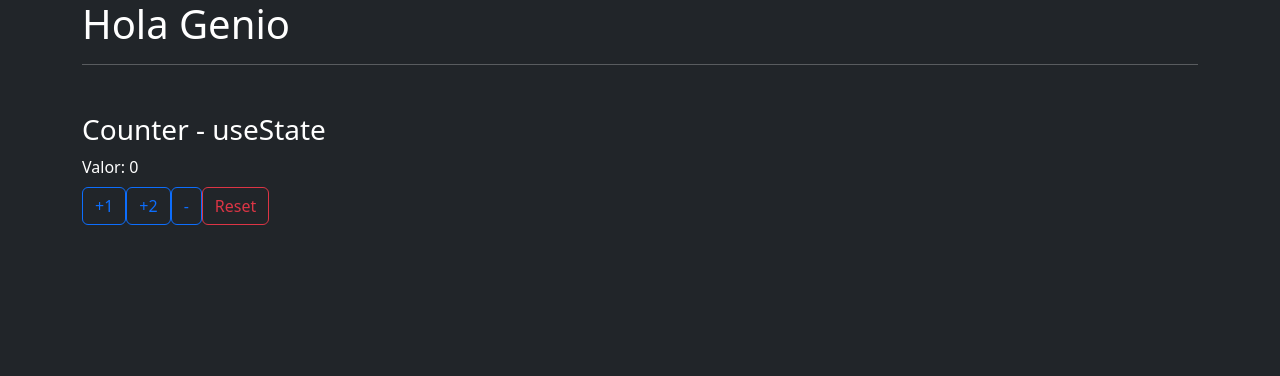
Repository: ChristianGecchelin/Typescript-Course1
Page: /
An editor plug-in stored every save of this project. The page is shown before and after the next save, followed by the edit.
The browser window is 1280 px wide. The pictures show the whole page.
The project was rebuilt for these pictures with package versions that can differ from the ones it lists, and the page was loaded fresh each time.

Above is the page before, as saved 2022-08-16 13:21:34.

### public/index.html
<!DOCTYPE html>
<html lang="en">
  <head>
    <meta charset="utf-8" />
    <link rel="icon" href="%PUBLIC_URL%/favicon.ico" />
    <meta name="viewport" content="width=device-width, initial-scale=1" />
    <meta name="theme-color" content="#000000" />
    <meta
      name="description"
      content="Web site created using create-react-app"
    />
    <link rel="apple-touch-icon" href="%PUBLIC_URL%/logo192.png" />
    <!--
      manifest.json provides metadata used when your web app is installed on a
      user's mobile device or desktop. See https://developers.google.com/web/fundamentals/web-app-manifest/
    -->
    <link rel="manifest" href="%PUBLIC_URL%/manifest.json" />
    <!--
      Notice the use of %PUBLIC_URL% in the tags above.
      It will be replaced with the URL of the `public` folder during the build.
      Only files inside the `public` folder can be referenced from the HTML.

      Unlike "/favicon.ico" or "favicon.ico", "%PUBLIC_URL%/favicon.ico" will
      work correctly both with client-side routing and a non-root public URL.
      Learn how to configure a non-root public URL by running `npm run build`.
    -->
    <!-- CSS only -->
    <link
      href="https://cdn.jsdelivr.net/npm/bootstrap@5.2.0/dist/css/bootstrap.min.css"
      rel="stylesheet"
      integrity="sha384-gH2yIJqKdNHPEq0n4Mqa/HGKIhSkIHeL5AyhkYV8i59U5AR6csBvApHHNl/vI1Bx"
      crossorigin="anonymous"
    />
    <title>React + TS</title>
  </head>
  <body class="container bg-dark text-white">
    <noscript>You need to enable JavaScript to run this app.</noscript>
    <div id="root"></div>
    <!--
      This HTML file is a template.
      If you open it directly in the browser, you will see an empty page.

      You can add webfonts, meta tags, or analytics to this file.
      The build step will place the bundled scripts into the <body> tag.

      To begin the development, run `npm start` or `yarn start`.
      To create a production bundle, use `npm run build` or `yarn build`.
    -->
  </body>
</html>

### src/App.tsx
import { Counter } from "./components/Counter";

function App() {
  return (
    <>
      <h1>Hola Genio</h1>
      <hr />
      <Counter/>
    </>
  );
}

export default App;

### src/components/Counter.tsx
import { useState } from "react";

export const Counter = () => {
  const [counter, setCounter] = useState(0);
  // :void nos indica que la función no regresa nada, sin return
  const incrementar = (numero:number): void => {
    setCounter(counter + numero);
  };
  const decrementar = (): void => {
    setCounter(counter - 1);
  };
  const reset =():void=>{
    setCounter(0)
  }
  return (
    <div className="mt-5">
      <h3>Counter - useState</h3>
      <span>Valor: {counter}</span>
      <br />
      <button className="btn btn-outline-primary mt-2" onClick={()=>incrementar(1)}>
        +1
      </button>
      <button className="btn btn-outline-primary mt-2" onClick={()=>incrementar(2)}>
        +2
      </button>
      <button className="btn btn-outline-primary mt-2" onClick={decrementar}>
        -
      </button>
      <button className="btn btn-outline-danger mt-2" onClick={reset}>Reset</button>
    </div>
  );
};

### src/components/Usuario.tsx
import { useState } from "react";

interface User {
    uid:string,
    name:string,
}

export const Usuario = () => {
    // declaro que el state debe cumplir con lo declarado en la interface User
  const [user, setUser] = useState<User>({
    uid:'123',
    name:'Blaise',
  });

  const login = () => {
    setUser({
      uid: "ABC123",
      name: "Christian,",
    });
  };

  return (
    <div>
      <h3>User {JSON.stringify(user)}</h3>
      <button className="btn btn-outline-primary" onClick={login}>Login</button>
    </div>
  );
};

Loaded but not shown: src/index.tsx (common file)

After the next save:
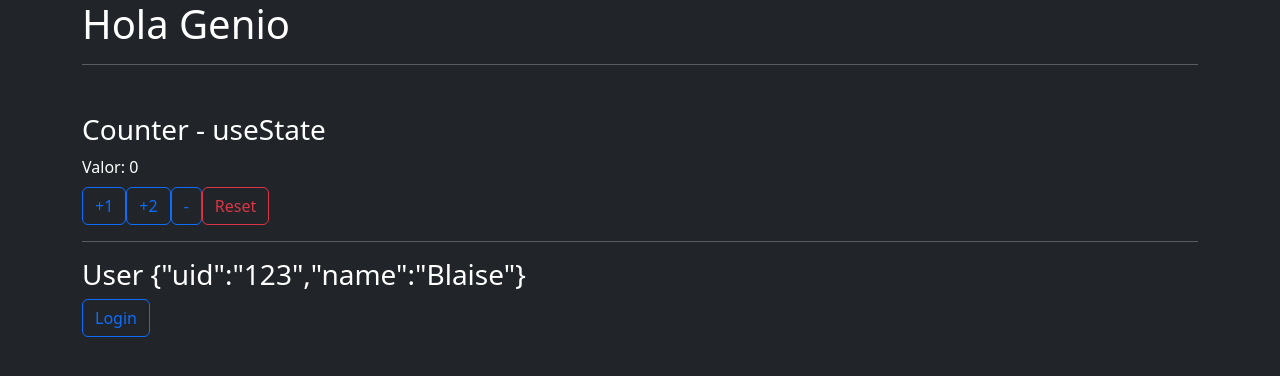
Saved 8 s later.
--- a/src/App.tsx
+++ b/src/App.tsx
@@ -1,11 +1,13 @@
 import { Counter } from "./components/Counter";
-
+import {Usuario} from './components/Usuario'
 function App() {
   return (
     <>
       <h1>Hola Genio</h1>
       <hr />
       <Counter/>
+      <hr />
+      <Usuario/>
     </>
   );
 }
